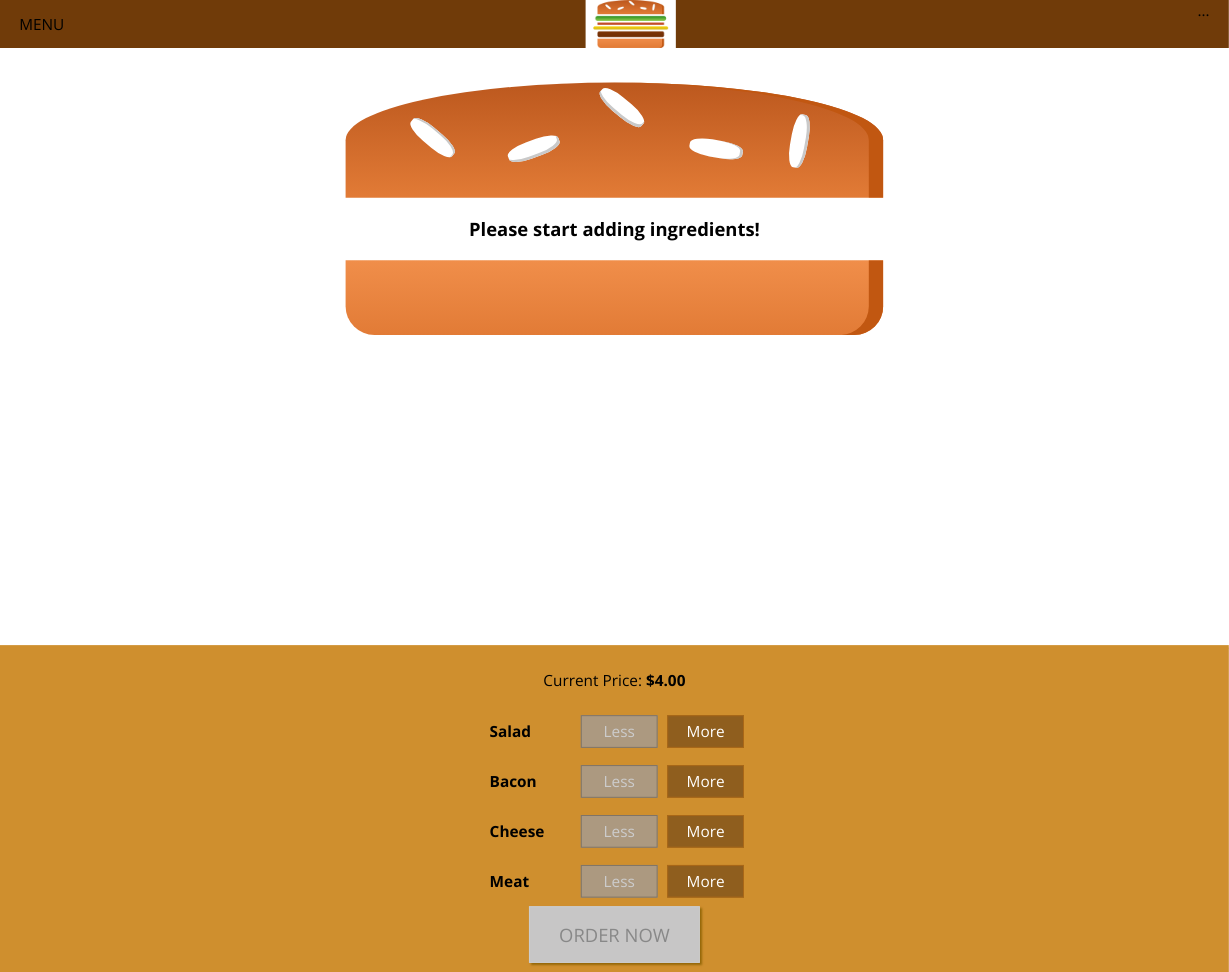
Repository: AbdulMutaal/Burger-Builder
Page: /
These files come from the project's save history. The page is drawn as it stood at one moment and after the next save; the edit follows.
The browser window is 1280 px wide. The pictures show the whole page, at 96% of full size.
The project was rebuilt for these pictures with package versions that can differ from the ones it lists, and the page was loaded fresh each time. Also part of the build but not shown: src/components/UI/Backdrop/Backdrop.module.css, src/components/UI/Backdrop/Backdrop.js.

Above is the page before, as saved 2021-12-08 11:43:23.

### src/index.css
body {
  margin: 0;
  font-family: "Open Sans", sans-serif;
}

### src/App.js
import Layout from './components/Layout/Layout';
import BurgerBuilder from './containers/BurgerBuilder/BurgerBuilder';

function App() {
  return (
    <div>
      <Layout>
        <BurgerBuilder />
      </Layout>
    </div>
  );
}

export default App;

### src/components/Layout/Layout.js
import React from 'react';

import Auxiliary from '../../hoc/Auxiliary';
import classes from './Layout.module.css';
import Toolbar from '../Navigation/Toolbar/Toolbar';

const layout = ( props ) => (
    <Auxiliary>
        <Toolbar />
        <main className={classes.Content}>
            {props.children}
        </main>
    </Auxiliary>
);

export default layout;

### src/containers/BurgerBuilder/BurgerBuilder.js
import React, { Component } from 'react';

import Auxiliary from '../../hoc/Auxiliary';
import Burger from '../../components/Burger/Burger';
import BuildControls from '../../components/Burger/BuildControls/BuildControls';
import Modal from '../../components/UI/Modal/Modal';
import OrderSummary from '../../components/Burger/OrderSummary/OrderSummary';

const INGREDIENT_PRICES = {
    salad: 0.5,
    cheese: 0.4,
    meat: 1.3,
    bacon: 0.7
};

class BurgerBuilder extends Component {
    state = {
        ingredients: {
            salad: 0,
            bacon: 0,
            cheese: 0,
            meat: 0
        },
        totalPrice: 4,
        purchasable: false,
        purchasing: false
    }

    updatePurchaseState (ingredients) {
        const sum = Object.keys(ingredients)
            .map(igKey => {
                return ingredients[igKey];
            })
            .reduce((sum, el) => {
                return sum + el;
            }, 0);
        this.setState({purchasable: sum > 0});
    }

    addIngredientHandler = (type) => {
        const oldCount = this.state.ingredients[type];
        const updatedCount = oldCount + 1;
        const updateIngredients = {
            ...this.state.ingredients
        };
        updateIngredients[type] = updatedCount;

        const priceAddition = INGREDIENT_PRICES[type];
        const oldPrice = this.state.totalPrice;
        const newPrice = oldPrice + priceAddition;
        this.setState({totalPrice: newPrice, ingredients: updateIngredients});
        this.updatePurchaseState(updateIngredients);
    }

    removeIngredientHandler = (type) => {
        const oldCount = this.state.ingredients[type];

        if (oldCount <= 0) {
            return;
        }

        const updatedCount = oldCount - 1;
        const updateIngredients = {
            ...this.state.ingredients
        };
        updateIngredients[type] = updatedCount;

        const priceDeduction = INGREDIENT_PRICES[type];
        const oldPrice = this.state.totalPrice;
        const newPrice = oldPrice - priceDeduction;
        this.setState({totalPrice: newPrice, ingredients: updateIngredients});
        this.updatePurchaseState(updateIngredients);
    }

    purchaseHandler = () => {
        this.setState({purchasing: true});
    }

    purchaseCancelHandler = () => {
        this.setState({purchasing: false});
    }

    purchaseContinueHandler = () => {
        alert('You continue');
    }

    render () {
        const disabledInfo = {
            ...this.state.ingredients
        };

        for (let key in disabledInfo) {
            disabledInfo[key] = disabledInfo[key] <= 0
        }

        return (
            <Auxiliary>
                <Modal show={this.state.purchasing} modalClosed={this.purchaseCancelHandler}>
                    <OrderSummary
                        ingredients={this.state.ingredients}
                        price={this.state.totalPrice}
                        purchaseCancelled={this.purchaseCancelHandler}
                        purchaseContinue={this.purchaseContinueHandler} />
                </Modal>
                <Burger ingredients={this.state.ingredients} />
                <BuildControls
                    ingredientAdded={this.addIngredientHandler}
                    ingredientRemoved={this.removeIngredientHandler}
                    disabled={disabledInfo}
                    ordered={this.purchaseHandler}
                    purchasable={this.state.purchasable}
                    price={this.state.totalPrice} />
            </Auxiliary>
        );
    }
}

export default BurgerBuilder;

### src/components/Navigation/Toolbar/Toolbar.js
import React from 'react';

import classes from './Toolbar.module.css';
import Logo from '../../Logo/Logo';

const toolbar = (props) => (
    <header className={classes.Toolbar}>
        <div>MENU</div>
        <Logo />
        <nav>
            ...
        </nav>
    </header>
);

export default toolbar;

### src/components/Burger/Burger.js
import React from 'react';

import classes from './Burger.module.css';
import BurgerIngredient from './BurgerIngredient/BurgerIngredient';

const burger = (props) => {
    let transformedIngredients = Object.keys(props.ingredients)
        .map(igKey => {
            return [...Array(props.ingredients[igKey])].map((_, i) => {
                return <BurgerIngredient key={igKey + i} type={igKey} />;
            });
        })
        .reduce((arr, el) => {
            return arr.concat(el)
        }, []);
    console.log(transformedIngredients);

    if (transformedIngredients.length === 0) {
        transformedIngredients = <p>Please start adding ingredients!</p>;
    }

    return (
        <div className={classes.Burger}>
            <BurgerIngredient type="bread-top" />
                { transformedIngredients }
            <BurgerIngredient type="bread-bottom" />
        </div>
    );
};

export default burger;

### src/components/Burger/BuildControls/BuildControls.js
import React from 'react';

import classes from './BuildControls.module.css';
import BuildControl from './BuildControl/BuildControl';

const controls = [
    { label: 'Salad', type: 'salad'},
    { label: 'Bacon', type: 'bacon'},
    { label: 'Cheese', type: 'cheese'},
    { label: 'Meat', type: 'meat'}
];

const buildControls = (props) => (
    <div className={classes.BuildControls}>
        <p>Current Price: <strong>${props.price.toFixed(2)}</strong></p>
        {controls.map(ctrl => (
            <BuildControl
                key={ctrl.label}
                label={ctrl.label}
                added={() => props.ingredientAdded(ctrl.type)}
                removed={() => props.ingredientRemoved(ctrl.type)}
                disabled={props.disabled[ctrl.type]} />
        ))}
        <button
            className={classes.OrderButton}
                disabled={!props.purchasable}
                onClick={props.ordered}>ORDER NOW</button>
    </div>
);

export default buildControls;

### src/components/UI/Modal/Modal.js
import React from 'react';

import classes from './Modal.module.css';
import Auxiliary from '../../../hoc/Auxiliary';
import Backdrop from '../Backdrop/Backdrop';

const modal = (props) => (
    <Auxiliary>
        <Backdrop show={props.show} clicked={props.modalClosed} />
        <div
            className={classes.Modal}
            style={{
                transform: props.show ? 'translateY(0)' : 'translateY(-100vh)',
                opacity: props.show ? '1' : '0'
            }}>
            {props.children}
        </div>
    </Auxiliary>
);

export default modal;

### src/components/Burger/OrderSummary/OrderSummary.js
import React from 'react';

import Auxiliary from '../../../hoc/Auxiliary';
import Button from '../../UI/Button/Button';

const orderSummary = (props) => {
    const ingredientSummary = Object.keys(props.ingredients).map((igKey) => {
        return (
            <li key={igKey}>
                <span style={{textTransform: 'capitalize'}}>{igKey}</span>: {props.ingredients[igKey]}
            </li>);

        });
    return (
        <Auxiliary>
            <h3>Your Order</h3>
            <p>A delicious burger with the following ingredients:</p>
            <ul>
                {ingredientSummary}
            </ul>
            <p><strong>Total Price: ${props.price.toFixed(2)}</strong></p>
            <p>Continue to checkout</p>
            <Button btnType="Danger" clicked={props.purchaseCancelled}>CANCEL</Button>
            <Button btnType="Success" clicked={props.purchaseContinue}>CONTINUE</Button>
        </Auxiliary>
    );
};

export default orderSummary;

### src/components/Navigation/Toolbar/Toolbar.module.css
.Toolbar {
    height: 50px;
    width: 100%;
    position: fixed;
    top: 0;
    left: 0;
    background-color: #703b09;
    display: flex;
    justify-content: space-between;
    align-items: center;
    padding: 0 20px;
    box-sizing: border-box;
    z-index: 90;
}

.Toolbar nav {
    height: 100%;
}

### src/components/Logo/Logo.js
import React from 'react';

import burgerLogo from '../../assets/images/burger-logo.png';
import classes from './Logo.module.css';

const logo = (props) => (
    <div className={classes.Logo}>
        <img src={burgerLogo} alt="MyBurger" />
    </div>
);

export default logo;

### src/components/Burger/BurgerIngredient/BurgerIngredient.js
import React from 'react';
import PropTypes from 'prop-types';

import classes from './BurgerIngredient.module.css';

const burgerIngredient = (props) => {
    let ingredient = null;

    switch (props.type) {
        case ('bread-bottom'):
            ingredient = <div className={classes.BreadBottom}></div>;
            break;
        case ('bread-top'):
            ingredient = (
                <div className={classes.BreadTop}>
                    <div className={classes.Seeds1}></div>
                    <div className={classes.Seeds2}></div>
                </div>
            );
            break;
        case ('meat'):
            ingredient = <div className={classes.Meat}></div>;
            break;
        case ('cheese'):
            ingredient = <div className={classes.Cheese}></div>;
            break;
        case ('bacon'):
            ingredient = <div className={classes.Bacon}></div>;
            break;
        case ('salad'):
            ingredient = <div className={classes.Salad}></div>;
            break;
        default:
            ingredient = null;
    }

    return ingredient;
};

burgerIngredient.propTypes = {
    type: PropTypes.string.isRequired
};

export default burgerIngredient;

### src/components/Burger/BuildControls/BuildControls.module.css
.BuildControls {
    width: 100%;
    background-color: #cf8f2e;
    display: flex;
    flex-flow: column;
    align-items: center;
    box-shadow: 0 2px 1px #ccc;
    margin: auto;
    padding: 10px 0;
}


.OrderButton {
    background-color: #DAD735;
    outline: none;
    cursor: pointer;
    border: 1px solid #966909;
    color: #966909;
    font-family: inherit;
    font-size: 1.2em;
    padding: 15px 30px;
    box-shadow: 2px 2px 2px #966909;
}

.OrderButton:hover, .OrderButton:active {
    background-color: #A0DB41;
    border: 1px solid #966909;
    color: #966909;
}

.OrderButton:disabled {
    background-color: #C7C6C6;
    cursor: not-allowed;
    border: 1px solid #ccc;
    color: #888888;
}

.OrderButton:not(:disabled) {
    animation: enable 0.3s linear;
}

@keyframes enable {
    0% {
        transform: scale(1);
    }
    60% {
        transform: scale(1.1);
    }
    100% {
        transform: scale(1);
    }
}

### src/components/Burger/BuildControls/BuildControl/BuildControl.js
import React from 'react';

import classes from './BuildControl.module.css';

const buildControl = (props) =>  (
    <div className={classes.BuildControl}>
        <div className={classes.Label}>{props.label}</div>
        <button className={classes.Less} onClick={props.removed} disabled={props.disabled}>Less</button>
        <button className={classes.More} onClick={props.added}>More</button>
    </div>
)

export default buildControl;

### src/components/UI/Button/Button.js
import React from 'react';

import classes from './Button.module.css';

const button = (props) => (
    <button
        className={[classes.Button, classes[props.btnType]].join(' ')}
        onClick={props.clicked}>{props.children}</button>
);

export default button;

### src/components/Logo/Logo.module.css
.Logo {
    background-color: white;
    padding: 8px;
    height: 100%;
}

.Logo img {
    height: 100%;
}

### src/components/Burger/BurgerIngredient/BurgerIngredient.module.css
.BreadBottom {
    height: 13%;
    width: 80%;
    background: linear-gradient(#F08E4A, #e27b36);
    border-radius: 0 0 30px 30px;
    box-shadow: inset -15px 0 #c15711;
    margin: 2% auto;
}

.BreadTop {
    height: 20%;
    width: 80%;
    background: linear-gradient(#bc581e, #e27b36);
    border-radius: 50% 50% 0 0;
    box-shadow: inset -15px 0 #c15711;
    margin: 2% auto;
    position: relative;
}

.Seeds1 {
    width: 10%;
    height: 15%;
    position: absolute;
    background-color: white;
    left: 30%;
    top: 50%;
    border-radius: 40%;
    transform: rotate(-20deg);
    box-shadow: inset -2px -3px #c9c9c9;
}

.Seeds1:after {
    content: "";
    width: 100%;
    height: 100%;
    position: absolute;
    background-color: white;
    left: -170%;
    top: -260%;
    border-radius: 40%;
    transform: rotate(60deg);
    box-shadow: inset -1px 2px #c9c9c9;
  }

.Seeds1:before {
    content: "";
    width: 100%;
    height: 100%;
    position: absolute;
    background-color: white;
    left: 180%;
    top: -50%;
    border-radius: 40%;
    transform: rotate(60deg);
    box-shadow: inset -1px -3px #c9c9c9;
  }

  .Seeds2 {
    width: 10%;
    height: 15%;
    position: absolute;
    background-color: white;
    left: 64%;
    top: 50%;
    border-radius: 40%;
    transform: rotate(10deg);
    box-shadow: inset -3px 0 #c9c9c9;
  }

  .Seeds2:before {
    content: "";
    width: 100%;
    height: 100%;
    position: absolute;
    background-color: white;
    left: 150%;
    top: -130%;
    border-radius: 40%;
    transform: rotate(90deg);
    box-shadow: inset 1px 3px #c9c9c9;
  }


.Meat {
    width: 80%;
    height: 8%;
    background: linear-gradient(#7f3608, #702e05);
    margin: 2% auto;
    border-radius: 15px;
}

.Cheese {
    width: 90%;
    height: 4.5%;
    margin: 2% auto;
    background: linear-gradient(#f4d004, #d6bb22);
    border-radius: 20px;
}

.Salad {
    width: 85%;
    height: 7%;
    margin: 2% auto;
    background: linear-gradient(#228c1d, #91ce50);
    border-radius: 20px;
}

.Bacon {
    width: 80%;
    height: 3%;
    background: linear-gradient(#bf3813, #c45e38);
    margin: 2% auto;
}

### src/components/Burger/BuildControls/BuildControl/BuildControl.module.css
.BuildControl {
    display: flex;
    justify-content: space-between;
    align-items: center;
    margin: 5px 0;
}

.BuildControl button {
    display: block;
    font: inherit;
    padding: 5px;
    margin: 0 5px;
    width: 80px;
    border: 1px solid #AA6817;
    cursor: pointer;
    outline: none;
}

.BuildControl button:disabled {
    background-color: #AC9980;
    border: 1px solid #7E7365;
    color: #ccc;
    cursor: default;
}

.BuildControl button:hover:disabled {
    background-color: #AC9980;
    color: #ccc;
    cursor: not-allowed;
}

.Label {
    padding: 10px;
    font-weight: bold;
    width: 80px;
}

.BuildControl .Less {
    background-color: #D39952;
    color: white;
}

.BuildControl .More {
    background-color: #8F5E1E;
    color: white;
}

.BuildControl .Less:hover, .BuildControl .Less:active {
    background-color: #DAA972;
    color: white;
}

.BuildControl .More:hover,.BuildControl .More:active {
    background-color: #99703F;
    color: white;
}

Loaded but not shown: public/index.html (common file); src/index.js (common file); src/reportWebVitals.js (common file); src/hoc/Auxiliary.js (common file); src/components/Layout/Layout.module.css (common file); src/components/Burger/Burger.module.css (common file); src/components/UI/Modal/Modal.module.css (common file); src/components/UI/Button/Button.module.css (common file)

After the next save:
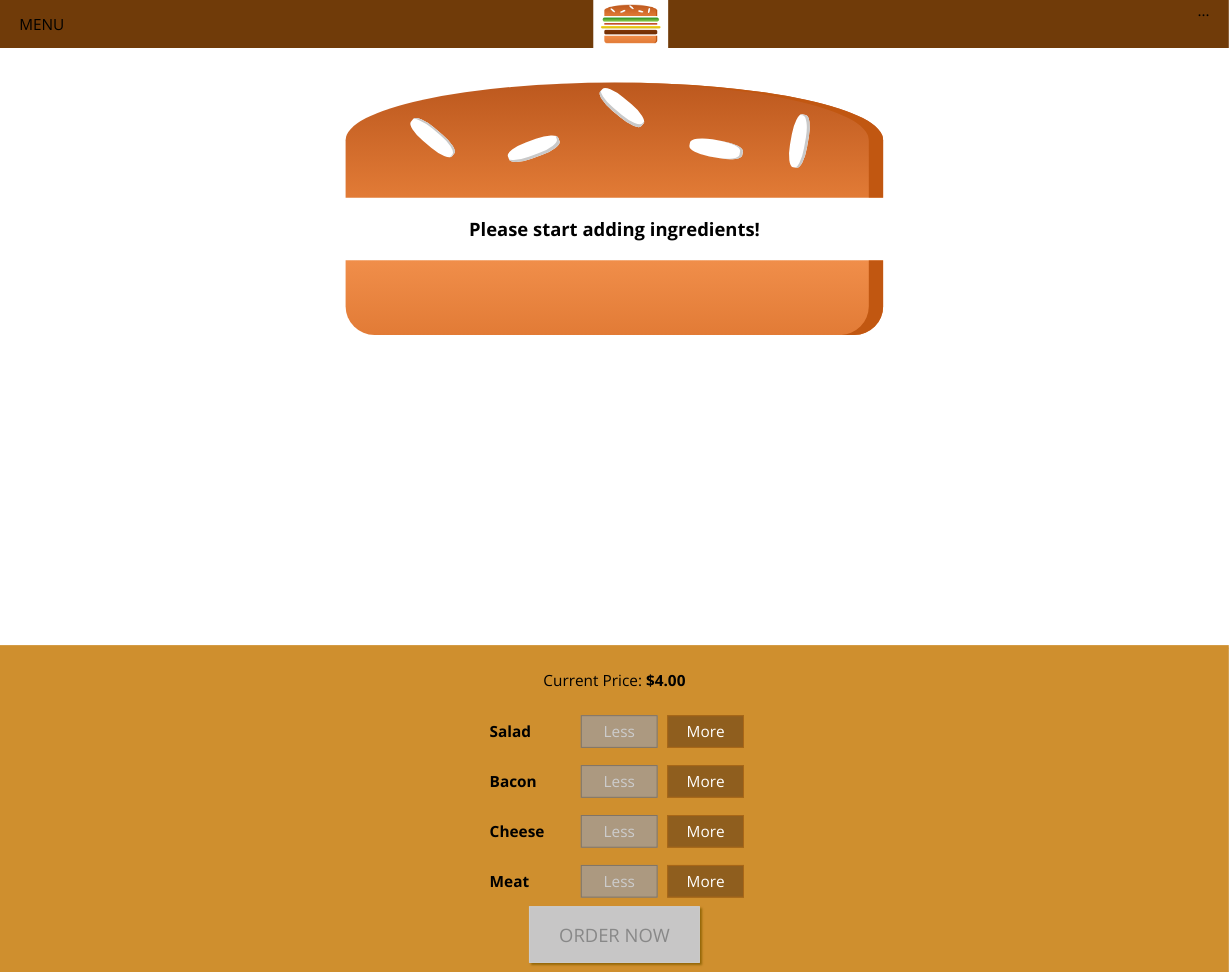
Saved 21 s later.
--- a/src/components/Logo/Logo.module.css
+++ b/src/components/Logo/Logo.module.css
@@ -1,7 +1,7 @@
 .Logo {
     background-color: white;
     padding: 8px;
-    height: 100%;
+    height: 80%;
 }
 
 .Logo img {
